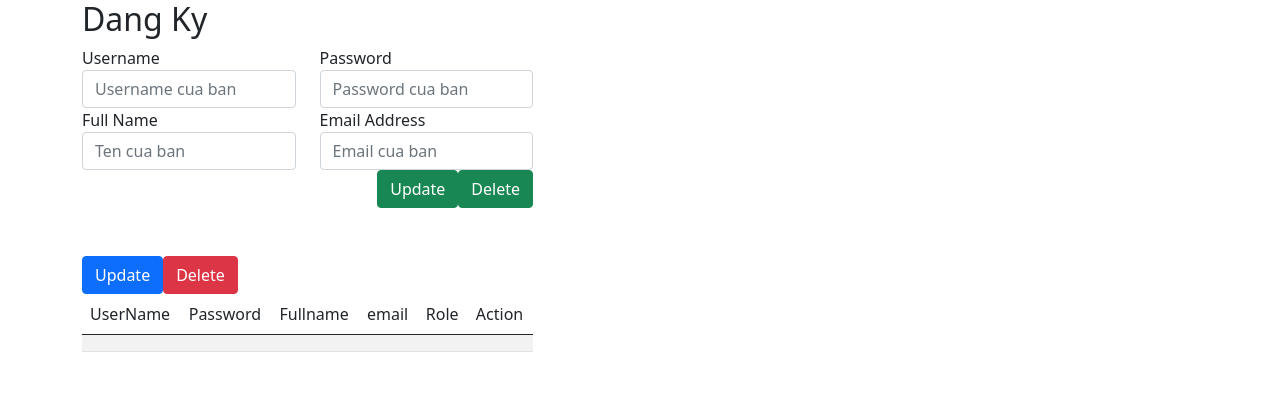
Repository: kiennd3921/AssJava4
Page: http://localhost/Assignment/view/admin/QLyAdmin.jsp
An editor plug-in stored every save of this project. The page is shown before and after the next save, followed by the edit.
The browser window is 1280 px wide. The pictures show the whole page.
The page is served by Tomcat 9.

Above is the page before, as saved 2021-04-16 01:06:46.

After the next save:
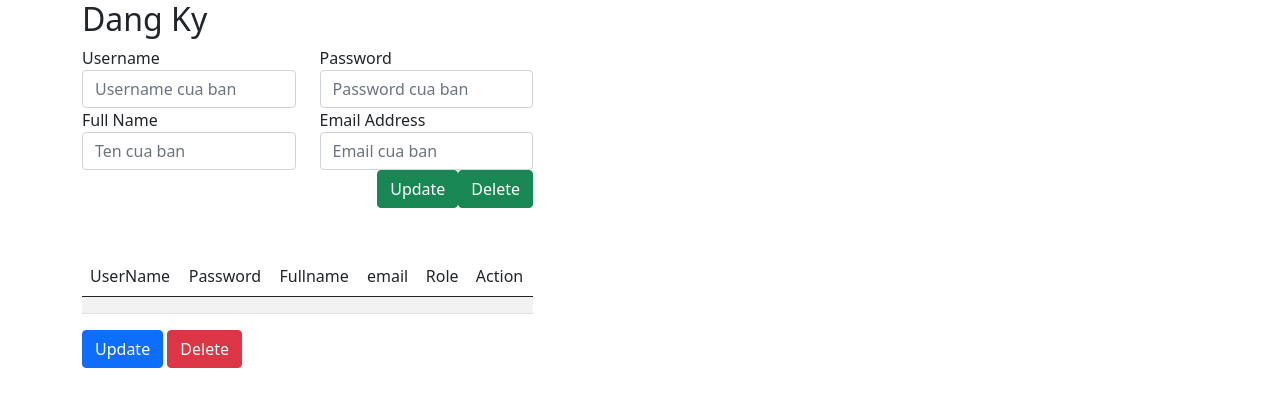
Saved 17 s later.
--- a/PT15307-UD/Assignment/WebContent/view/admin/QLyAdmin.jsp
+++ b/PT15307-UD/Assignment/WebContent/view/admin/QLyAdmin.jsp
@@ -73,10 +73,11 @@
 
 							</tr>
 						</tbody>
-						<a href="/PT15307-UD/admin/user/edit?id=${ user.id }"
-							class="btn btn-primary">Update</a>
-						<button class="btn btn-danger">Delete</button>
+
 					</table>
+					<a href="/PT15307-UD/admin/user/edit?id=${ user.id }"
+						class="btn btn-primary">Update</a>
+					<button class="btn btn-danger">Delete</button>
 				</div>
 			</div>
 		</div>
